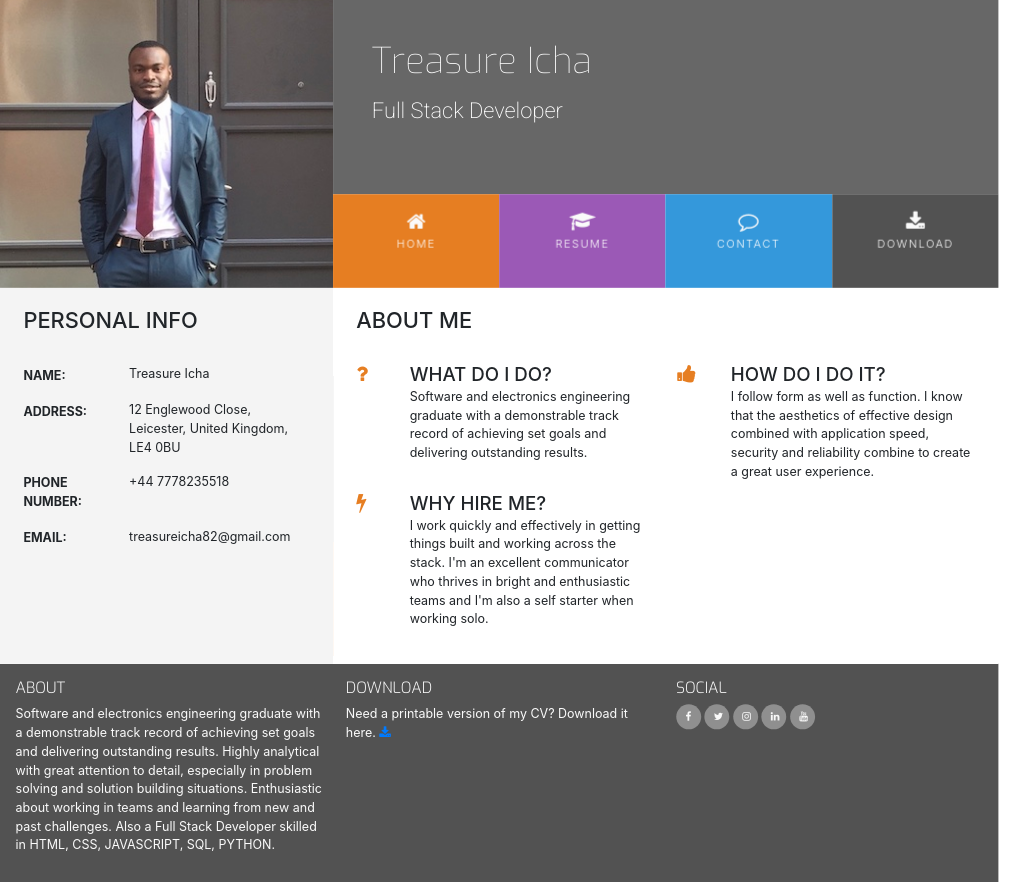
Repository: IchaTreasure/cv-project
Page: index.html
The author's editor kept a record of every edit. The page is drawn from the files as they stood at one moment, then again after the next edit.
The browser window is 1280 px wide. The page is 1295 px wide, so the pictures cover 1295 px, including what lies to the right of the window. The pictures show the whole page, at 78% of full size.

Above is the page before.

### index.html
<!DOCTYPE html>
<html lang="en">
<head>
    <meta charset="UTF-8">
    <meta name="viewport" content="width=device-width, initial-scale=1.0">
    <meta http-equiv="X-UA-Compatible" content="ie=edge">
    <link rel="stylesheet" href="https://stackpath.bootstrapcdn.com/bootstrap/4.3.1/css/bootstrap.min.css" type="text/css" />
    <link rel="stylesheet" href="https://stackpath.bootstrapcdn.com/font-awesome/4.7.0/css/font-awesome.min.css" type="text/css" />
    <link rel="stylesheet" href="https://cdnjs.cloudflare.com/ajax/libs/hover.css/2.3.1/css/hover-min.css" type="text/css" />
    <link rel="stylesheet" href="Assets/css/style.css" type="text/css" />
    <title>Treasure</title>
</head>
<body>
    <header>
        <div class="row no-gutters">
            <a href ="index.html" class="col-md-4 logo">

            </a>
            <div class="col-md-8">
                <div class="row bg-color-name-title no-gutters">
                        <div class="col heading">
                            <h1 class="name">Treasure Icha</h1>
                            <h2 class="title">Full Stack Developer</h2>
                        </div>
                </div>
                <div class="row no-gutters">
                    <div class="col">
                        <ul id="nav" class="list-inline menucontainer">
                            <li class = "col-6 col-sm-3 ui-menu-color-home list-inline-item menuitem">
                                <a href="index.html" class = "hvr-sweep-to-bottom"><i class = " fa fa-home" aria-hidden="true"></i> <span>Home</span></a>
                            </li>

                            <li class = "col-6 col-sm-3 ui-menu-color-resume list-inline-item menuitem">
                                <a href="resume.html" class = "hvr-sweep-to-bottom"><i class = " fa fa-graduation-cap" aria-hidden="true"></i> <span>Resume</span></a>
                            </li>

                            <li class = "col-6 col-sm-3 ui-menu-color-contact list-inline-item menuitem">
                                <a href="contact.html" class = "hvr-sweep-to-bottom"><i class = " fa fa-comment-o" aria-hidden="true"></i> <span>Contact</span></a>
                            </li>

                            <li class = "col-6 col-sm-3 ui-menu-color-download list-inline-item menuitem">
                                <a href="Assets/cv/Main CV engineering.docx" class = "hvr-sweep-to-bottom"><i class = " fa fa-download" aria-hidden="true"></i> <span>Download</span></a>
                            </li>

                        </ul>
                    </div>
                </div>

            </div>
        </div>
    </header>
    <section class = "container-fluid">
        <div class="row">
            <div class="col-md-4 bg-color-personal-info section-column">
                <div class="row">
                    <div class="col-12">
                        <h3 class="section-heading uppercase">Personal Info</h3>
                    </div>
                </div>
                <div class="personal-info-item">
                    <div class="key">
                        <p class = "uppercase">
                            Name:
                        </p>
                    </div>
                    <div class="value">
                        <p>
                          Treasure Icha
                        </p>
                    </div>
                </div>
                <div class="personal-info-item">
                    <div class="key">
                        <p class = "uppercase">
                            Address:
                        </p>
                    </div>
                    <div class="value">
                        <p>
                          12 Englewood Close, Leicester, United Kingdom, LE4 0BU
                        </p>
                    </div>
                </div>
                <div class="personal-info-item">
                    <div class="key">
                        <p class = "uppercase">
                            Phone Number:
                        </p>
                    </div>
                    <div class="value">
                        <p>
                          +44 7778235518
                        </p>
                    </div>
                </div>
                                <div class="personal-info-item">
                    <div class="key">
                        <p class = "uppercase">
                            Email:
                        </p>
                    </div>
                    <div class="value">
                        <p>
                          treasureicha82@gmail.com
                        </p>
                    </div>
                </div>
            </div>
            <div class="col-md-8 bg-color-three-reasons section-column">
                <div class="row">
                    <div class="col">
                        <h3 class="section-heading uppercase">About me</h3>
                    </div>
                </div>
                <div class="row">
                    <div class = "col-10 offset-1 offset-sm-0 col-sm-4 col-md-6">
                        <div class="row">
                            <div class="col-2">
                                <i class = "three-reasons-icon fa fa-question" aria-hidden="true"></i>
                            </div>
                            <div class="col-10">
                                <h4 class = "three-reasons-heading uppercase">What do i do?</h4>
                                <p>
                                     Software and electronics engineering graduate with a demonstrable track record
                                     of achieving set goals and delivering outstanding results.
                                </p>
                            </div>
                        </div>
                    </div>
                    <div class = "col-10 offset-1 offset-sm-0 col-sm-4 col-md-6">
                        <div class="row">
                            <div class="col-2">
                                <i class = "three-reasons-icon fa fa-thumbs-up" aria-hidden="true"></i>
                            </div>
                            <div class="col-10">
                                <h4 class = "three-reasons-heading uppercase">How do i do it?</h4>
                                <p>
                                     I follow form as well as function. I know that the aesthetics of effective design combined with application speed, security and reliability combine to create a great user experience.
                                </p>
                            </div>
                        </div>
                    </div>
                    <div class = "col-10 offset-1 offset-sm-0 col-sm-4 col-md-6">
                        <div class="row">
                            <div class="col-2">
                                <i class = "three-reasons-icon fa fa-bolt" aria-hidden="true"></i>
                            </div>
                            <div class="col-10">
                                <h4 class = "three-reasons-heading uppercase">Why Hire me?</h4>
                                <p>
                                     I work quickly and effectively in getting things built and working across the stack. I'm an excellent communicator who thrives in bright and enthusiastic teams and I'm also a self starter when working solo.
                                </p>
                            </div>
                        </div>
                    </div>
                </div>
            </div>
        </div>

    </section>
    <footer class = "Container-fluid">
        <div id = "footer-details" class="row">
            <div class="col-sm-4">
                <h5 class="uppercase general-sub">About</h5>
                <p class = "inline-block">
                    Software and electronics engineering graduate with a demonstrable track record of achieving set goals and delivering outstanding results.
                    Highly analytical with great attention to detail, especially in problem solving and solution building situations.
                    Enthusiastic about working in teams and learning from new and past challenges.
                    Also a Full Stack Developer skilled in HTML, CSS, JAVASCRIPT, SQL, PYTHON.
                </p>
            </div>
            <div class="col-sm-4">
                <h5 class="uppercase general-sub">Download</h5>
                <p class = "inline-block">
                    Need a printable version of my CV? Download it here.
                    <a href = "Assets/cv/Main CV engineering.docx" target="_blank" class= "cv_pdf">
                        <i class = " fa fa-download" aria-hidden="true"></i>
                        <span class = "sr-only">Download Link</span>
                    </a>
                </p>
            </div>
            <div class="col-sm-4">
                <h5 class="uppercase general-sub">Social</h5>
                <ul class = "list-inline social-links">
                    <li class = "list-inline-item">
                        <a target="_blank" href="#">
                            <i class = " fa fa-facebook" aria-hidden="true"></i>
                            <span class = "sr-only">Facebook</span>
                        </a>
                    </li>
                    <li class = "list-inline-item">
                        <a target="_blank" href="#">
                            <i class = " fa fa-twitter" aria-hidden="true"></i>
                            <span class = "sr-only">Twitter</span>
                        </a>
                    </li>
                    <li class = "list-inline-item">
                        <a target="_blank" href="#">
                            <i class = " fa fa-instagram" aria-hidden="true"></i>
                            <span class = "sr-only">Instagram</span>
                        </a>
                    </li>
                    <li class = "list-inline-item">
                        <a target="_blank" href="#">
                            <i class = " fa fa-linkedin" aria-hidden="true"></i>
                            <span class = "sr-only">Linkedin</span>
                        </a>
                    </li>
                    <li class = "list-inline-item">
                        <a target="_blank" href="#">
                            <i class = " fa fa-youtube" aria-hidden="true"></i>
                            <span class = "sr-only">Youtube</span>
                        </a>
                    </li>
                </ul>
            </div>
        </div>

    </footer>
</body>
</html>

### Assets/css/style.css
@import url('https://fonts.googleapis.com/css?family=Roboto:100,200,300,400,500,600,700|Exo:100,200,300,400,500,600,700');

/* ------------------------------------------ Colours*/

.bg-color-name-title {
    background-color: #676767;
}

.bg-color-three-reasons {
    background-color: #fff;
}

.bg-color-personal-info {
    background-color: #f4f4f4;
}

.bg-color-work-history {
    background-color: #9b59b6;
}

.bg-color-contact{
 background-color: #fff;
}

.ui-menu-color-home {
    background-color: #e67e22;
}

.ui-menu-color-resume {
    background-color: #9b59b6;
}

.ui-menu-color-contact {
    background-color: #3498db;
}

.ui-menu-color-download {
    background-color: #525252;
}

/* ------------------------------------------ Special paddings/margins/text */

h1,
h2,
h3,
h4 {
    margin: 0;
}

.uppercase {
    text-transform: uppercase;
}

.general-sub {
    font-family: "Exo", sans-serif;
    font-weight: 300;
    color: #fafafa;
}

.inline-block {
    display: inline-block;
}

.row-table {
    display: table;
}

.section-column {
    display: table-cell;
    padding: 0 30px 30px;
    float: none;
}

.section-heading {
    font-family: "Exo", sans-serif font-weight 300;
    margin-top: 25px;
    margin-bottom: 40px;
}

/* ------------------------------------------ Headings*/

header {
    margin: 0;
}

.heading {
    margin-left: 50px;
}

.logo {
    background: url("../images/Treasure.png");
    background-position: center;
    background-repeat: no repeat;
    background-size: cover;
    min-height: 360px;
    transition: all .5s ease-in-out;
    -moz-transition: all .5s ease-in-out;
    -webkit-transition: all .5s ease-in-out;
}

.name {
    font-family: "Exo", sans-serif;
    font-weight: 100;
    font-size: 46px;
    margin-top: 50px;
    color: #fff;
}

.title {
    font-family: "Roboto", sans-serif;
    font-weight: 200;
    font-size: 28px;
    margin-top: 20px;
    margin-bottom: 90px;
    color: #fff;
}


.list-inline-item:not(:last-child) {
    margin: 0;
}

.menucontainer {
    font-size: 0;
}

#nav {
    margin: 0;
}

#nav li {
    font-size: 14px;
    padding: 0;
}

.menuitem {
    height: 120px;
    text-align: center;
    padding: 0;
}

.menuitem a {
    width: 100%;
    text-decoration: none;
    color: #fff;
    height: 120px;
}

.menuitem a i {
    padding-top: 22px;
    display: block;
    color: #fafafa;
    font-size: 26px;
}

.menuitem span {
    display: block;
    width: 100%;
    padding-top: 5px;
    text-align: center;
    text-transform: uppercase;
    font-weight: 300;
    font-size: 14px;
    letter-spacing: 2px;
}

/* ------------------------------------------ Hover.css*/

.hvr-sweep-to-bottom:before {
    background: rgba(0, 0, 0, 0.2);
    height: 120px;
}

/* ------------------------------------------ Footer*/

footer {
    background-color: #525252;
    color: #fafafa;
    min-height: 120px;
    margin: 0;
}

.cv-pdf i {
    font-size: 18px;
    color: #fafafa;
    text-align: center;
    padding-left: 5px;
    transition: all 0.35s ease-in-out;
    -moz-transition: all 0.35s ease-in-out;
    -webkit-transition: all 0.35s ease-in-out;
    -o-transition: all 0.35s ease-in-out;
}

.cv-pdf:hover {
    color: #e84610;
}

.social-links {
    padding-bottom: 15px;
}

.social-links li a i {
    width: 32px;
    height: 32px;
    padding: 12px;
    border-radius: 50%;
    font-size: 13px;
    line-height: 7px;
    text-align: center;
    color: #fafafa;
    background: #8f8f8f;
    transition: all 0.35s ease-in-out;
    -moz-transition: all 0.35s ease-in-out;
    -webkit-transition: all 0.35s ease-in-out;
    -o-transition: all 0.35s ease-in-out;
}

.social-links li a i:hover {
    background: #e84610;
}

#footer-details {
    padding: 20px;
}

/* ------------------------------------------ Three reasons*/

.three-reasons-icon {
    font-size: 26px;
    color: #e67e22;
}

three-reasons-heading {
    margin-bottom: 15px;
}

/* ------------------------------------------ Personal Info*/

.personal-info-item {
    margin-bottom: 20px;
    display: block;
    clear: both;
}

.personal-info-item .key,
.personal-info-item .value {
    padding-right: 8px;
    display: inline-block;
}

.personal-info-item .key p,
.personal-info-item .value p {
    margin: 0;
}


.personal-info-item .key {
    width: 30%;
    margin-right: 21px;
    padding-top: 2px;
    vertical-align: top;
}

.personal-info-item .key p {
    font-weight: 700;
}

.personal-info-item .value {
    position: relative;
    width: 60%;
}

/* ------------------------------------------ Skills */

.progress {
    position: relative;
    height: 25px;
    margin-bottom: 4px;
}

.progress-type {
    position: absolute;
    left: 0px;
    font-weight: 400;
    padding: 3px 30px 2px 10px;
    color: #fafafa;
    background-color: rgba(25, 25, 25, 0.2);
}

.progress-section {
    margin: 40px 20px;
}

/* ------------------------------------------ work History */

.history-heading {
    color: #fafafa;
    margin-bottom: 50px;
}

.timeline-item {
    padding: 4em 2em 0em 2em;
    position: relative;
    color: #fafafa;
    border-left: 1px solid;
}

.timeline-item p {
    padding: 0;
    margin: 0;
}

.timeline-item:before {
    content: attr(data-dates);
    position: absolute;
    left: 2.5em;
    top: 3em;
    display: block;
    font-family: "Exo" sans-serif;
    font-weight: 500;
    font-size: 0.8em;
    padding: 0;
    margin: 0;
}

.timeline-item:after {
    width: 12px;
    height: 12px;
    display: block;
    top: 2.4em;
    position: absolute;
    left: -6px;
    border-radius: 12px;
    content: '';
    background: #fafafa;

}

.history-items{
    margin-bottom: 30px;
}

/* ------------------------------------------ Contact form */
.contact-form{
    font-family: "Exo", sans-serif;
    font-weight: 300;
    margin-top: 25px;
    margin-bottom: 20px;
}

.center-form {
    padding-top: 10px;
    margin: 0 auto;
    max-width: 70%
}

button[type="submit"]{
    margin-top: 15px;
    margin-bottom: 20px;
    color: #fafafa;
    background-color: #e84610;
}

/* ------------------------------------------ media Queries */

@media(min-width: 992px){
    .center-form {
    padding-top: 30px;
    min-height: 240px;
    margin: 0 auto;
    max-width: 70%
}
}

After the next edit:
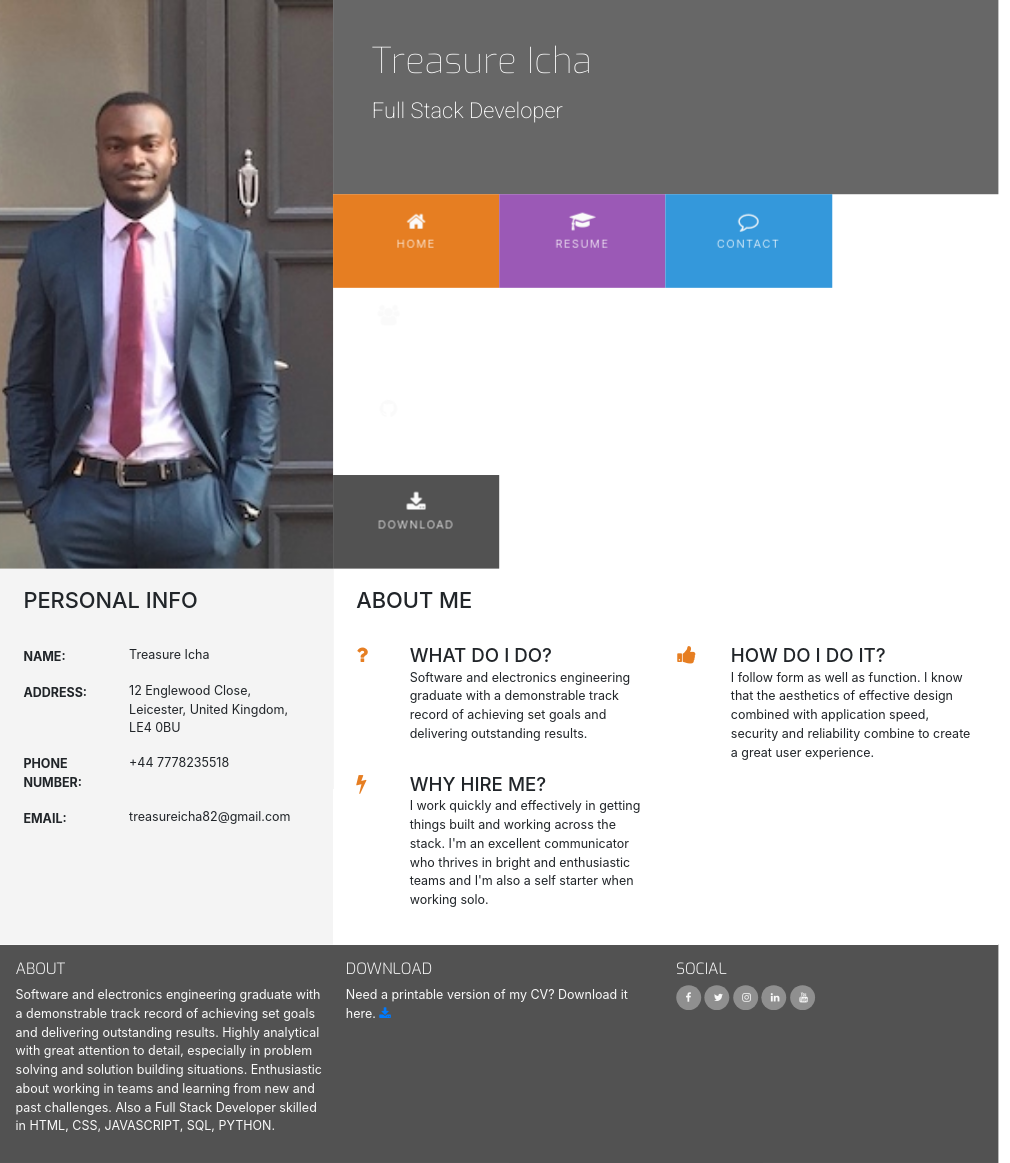
The edit:
--- a/index.html
+++ b/index.html
@@ -38,6 +38,14 @@
                                 <a href="contact.html" class = "hvr-sweep-to-bottom"><i class = " fa fa-comment-o" aria-hidden="true"></i> <span>Contact</span></a>
                             </li>
 
+                             <li class="col-xs-6 col-sm-2 ui-menu-color-interests menuitem">
+                            <a href="interests.html" class="hvr-sweep-to-bottom"><i class="fa fa-users" aria-hidden="true"></i><span>Interests</span></a>
+                        </li>
+
+                            <li class="col-xs-6 col-sm-2 ui-menu-color-github menuitem">
+                            <a href="github.html" class="hvr-sweep-to-bottom"><i class="fa fa-github" aria-hidden="true"></i><span>GitHub</span></a>
+                        </li>
+
                             <li class = "col-6 col-sm-3 ui-menu-color-download list-inline-item menuitem">
                                 <a href="Assets/cv/Main CV engineering.docx" class = "hvr-sweep-to-bottom"><i class = " fa fa-download" aria-hidden="true"></i> <span>Download</span></a>
                             </li>
